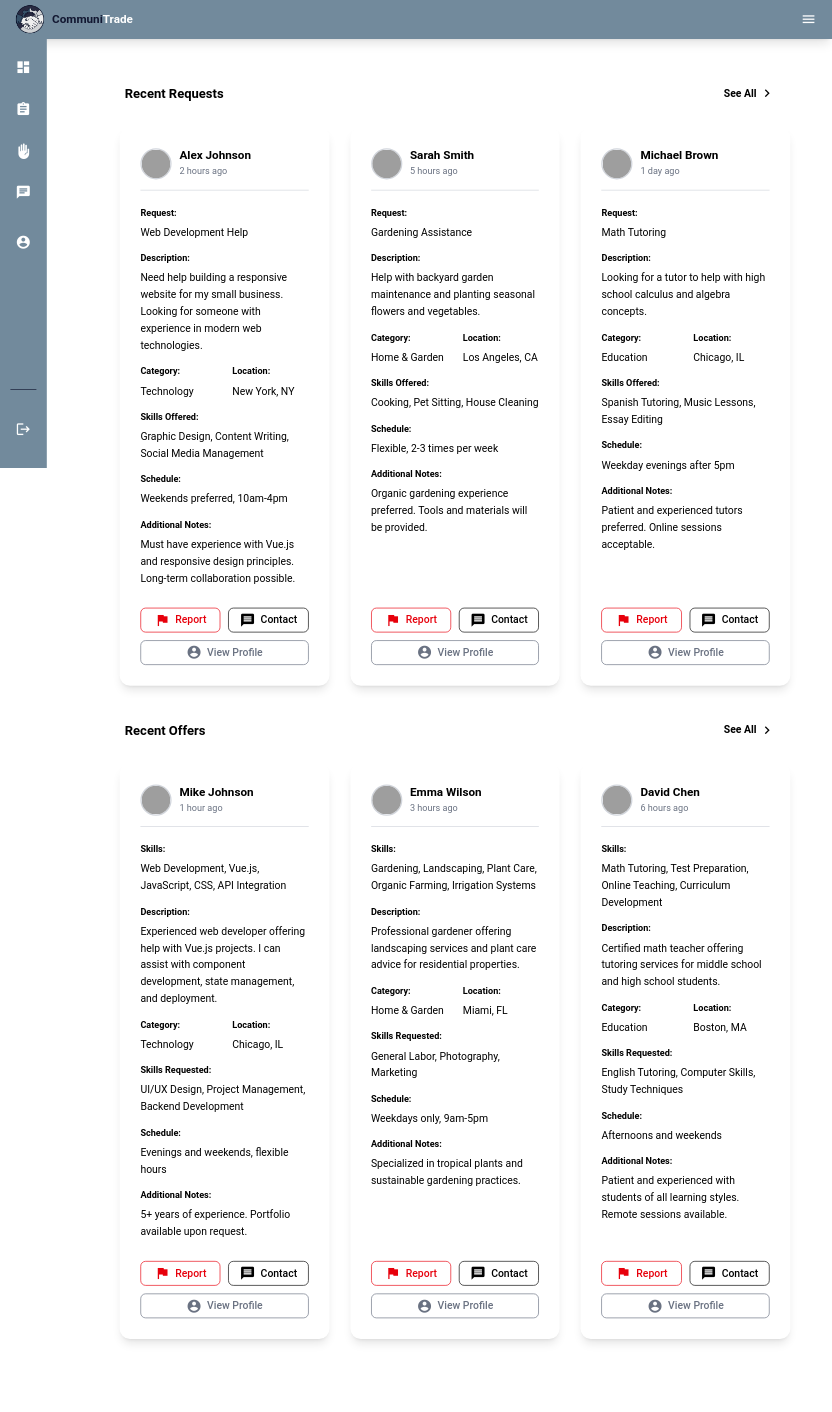
Repository: wholaanmo/communitrade_app
Page: /user/dashboard
The author's editor kept a copy of each file at every save. The page is drawn from the files as they stood at one save, then again after the next save.
The browser window is 1280 px wide. The pictures show the whole page, at 65% of full size.
Pictures or frames that could not be fetched are drawn as grey boxes. The project was rebuilt for these pictures with package versions that can differ from the ones it lists, and the page was loaded fresh each time. Some packages were replaced by stand-ins written for this rebuild. The framework's server and built-in components were replaced by stand-ins that run in the browser. Also part of the build but not shown: next.config.mjs.

Above is the page before, as saved 2025-10-29 18:57:01.

After the next save:
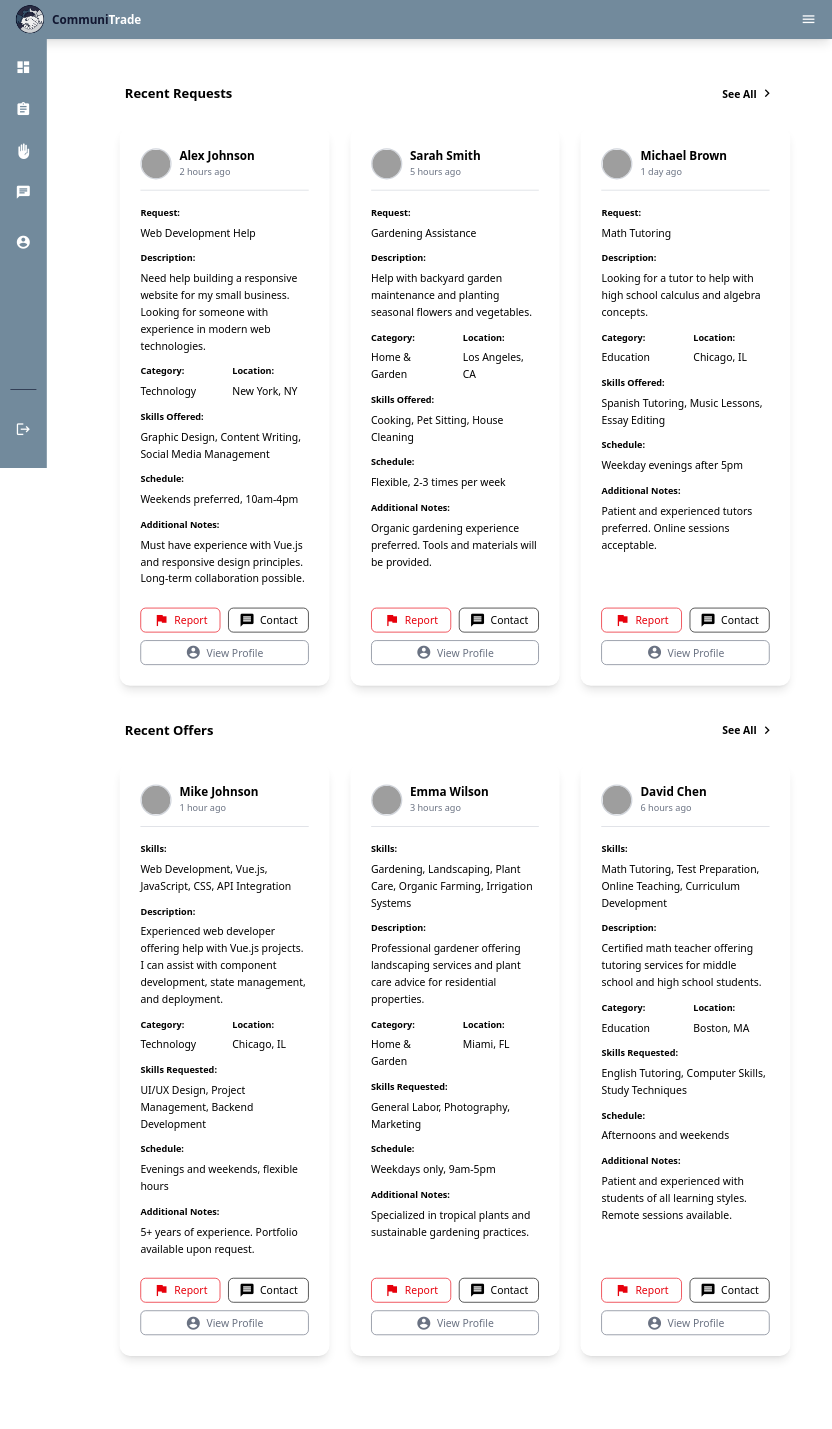
Saved 14 s later.
--- a/app/globals.css
+++ b/app/globals.css
@@ -11,5 +11,6 @@
 * {
   scrollbar-width: thin;
   scrollbar-color: #728a9c #f0f0f0;
-  font-family: "Roboto", sans-serif;
+  font-family: font-family: 'Inter', sans-serif;
+  ;
 }
